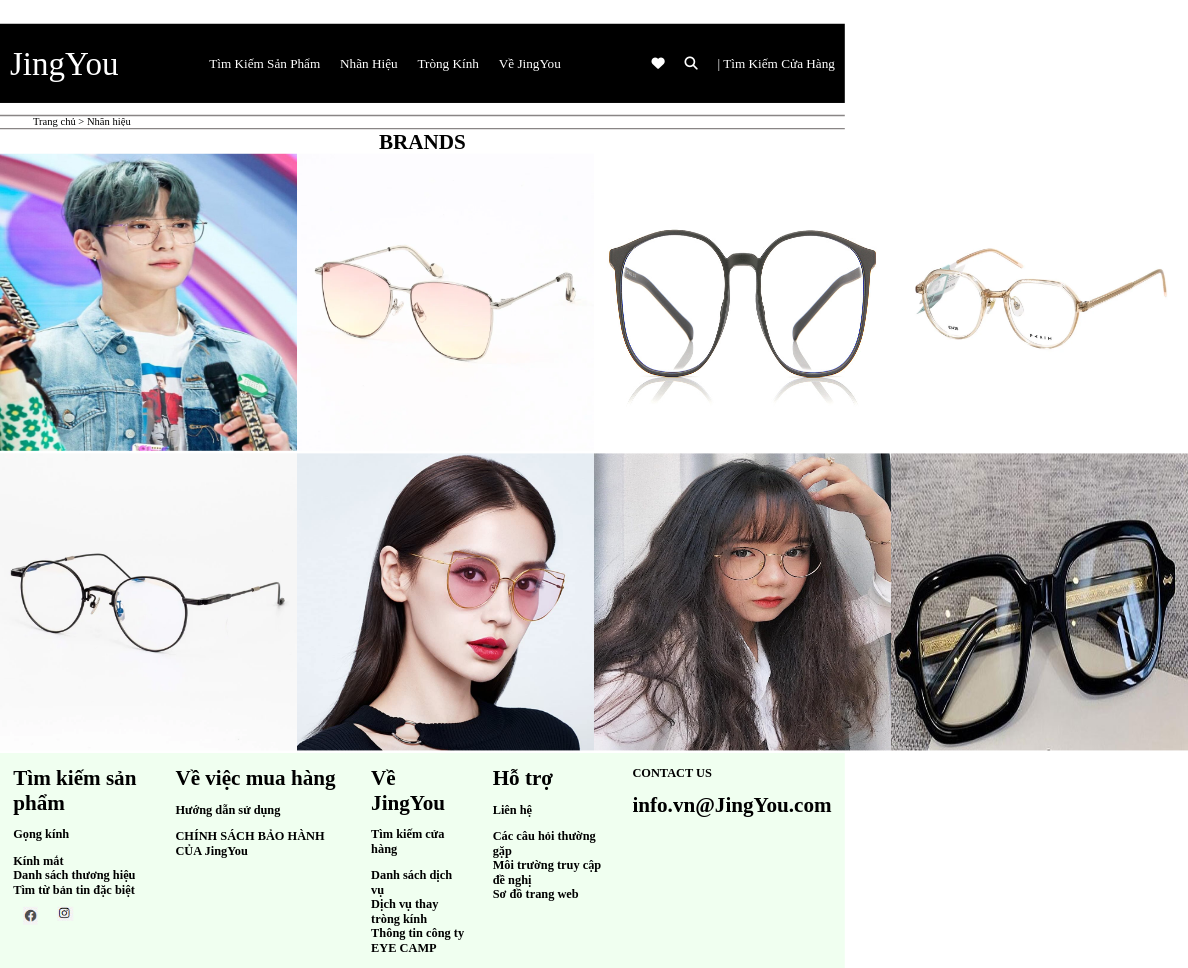
Repository: Cupid123588/Assignment
Page: bt2.html
These files come from the project's save history. The page is drawn as it stood at one moment and after the next save; the edit follows.
The browser window is 1280 px wide. The page is 1800 px wide, then 1280 px, then 1800 px, so the pictures cover 1800 px, including what lies to the right of the window. The pictures show the whole page, at 66% of full size.

Above is the page before, as saved 2022-10-18 16:23:23.

### bt2.html
<!DOCTYPE html>
<br lang="en">

<head>
    <meta charset="UTF-8">
    <meta http-equiv="X-UA-Compatible" content="IE=edge">
    <meta name="viewport" content="width=device-width, initial-scale=1.0">
    <title>Shop Bán Kính Tờ Rung</title>
    <title>Document</title>
    <link rel="stylesheet" href="./style.css">
    <link rel="stylesheet" href="./fontawesome-free-6.2.0-web/fontawesome-free-6.2.0-web/css/all.min.css">
</head>

<br>
<div>
    <nav class="menu">
        <div>

            <a class="a1" href="./bt.html">JingYou</a>
        </div>
        <div>

            <a href="#">Tìm Kiếm Sản Phẩm</a>
            <a href="#">Nhãn Hiệu</a>
            <a href="./bt3.html">Tròng Kính</a>
            <a href="./bt4.html">Về JingYou</a>

        </div>
        <div>

            <a class="c1" href="./bt5.html">|      Tìm Kiếm Cửa Hàng</a>
            <a href=""><i class="fa-solid fa-heart"></i></a>
            <a href=""><i class="fa-solid fa-magnifying-glass"></i></a>
        </div>
    </nav>
</div><br>
<div class="nguon">
    <div class="nguon_1">

    </div>
    <div class="nguon2">
        <p class="nguon3">Trang chủ > Nhãn hiệu</p>
    </div>
    <div class="nguon1">

    </div>
</div>
<div class="album">
    <div class="tieude">
        <h1 class="tieude1">BRANDS</h1>
    </div>


</div>
<div class="mtp_mtp">
    <div class="mtp">
        <div class="mt">
            <img class="mtp1" src="./EWViqEvWsAEmVYW.jpg" alt="" width="200" height="500">
        </div>
        <div class="mt">
            <img class="mtp1" src="./-gongkinh-gmsid-23900151_2edce8f3f349451496e03afc6b79ac8c_master.webp" alt="" width="150" height="500">
        </div>
        <div class="mt">
            <img class="mtp1" src="./724455ee-0a0b-4879-9e60-a1ffa4dc0d13.jpeg" alt="" width="200" height="500">
        </div>
        <div class="mt">
            <img class="mtp1" src="./83438_t1__51-18-149_tem1560_702233e94cc54b94b846a3a1c95b9a0a_master.webp" alt="" width="200" height="500">
        </div>

        <br>


    </div>
    <div class="mtp">
        <div class="mt">
            <img class="mtp1" src="./a99fe480ad4666183f571_c55824aaf202454c8dd8931994c012f5_master.webp" alt="" width="200" height="500">
        </div>
        <div class="mt">
            <img class="mtp1" src="./Angelababy-deo-mat-kinh-molsion-to-ban.jpg" alt="" width="200" height="500">
        </div>
        <div class="mt">
            <img class="mtp1" src="./bao-ve-da-khoi-mat-kinh-04a-1024x1279.jpg" alt="" width="200" height="500">
        </div>
        <div class="mt">
            <img class="mtp1" src="./Chiec-kinh.jpg" alt="" width="200" height="500">
        </div>




    </div>
</div>



<div class="backgroud_content ">
    <div class="backgroud_content_1 ">
        <h1>Tìm kiếm sản phẩm</h1><br>
        <h3>Gọng kính</h3><br>
        <h3>Kính mắt</h3>
        <h3>Danh sách thương hiệu</h3>
        <h3>Tìm từ bản tin đặc biệt</h3>
        <a href="https://www.facebook.com/huu.trung.123276 "><img src="./z3797930122773_8227b5cfc7e72e98d5d1cf2958138f39.jpg " alt=" "></a>
        <a href="https://www.instagram.com/explore/tags/jingyoung/ "><img src="./z3797931869022_5a6dee2bc1a5e750f119fa1ee3b5f6d0.jpg " alt=" "></a>
    </div>
    <div class="backgroud_content_1 ">
        <h1>Về việc mua hàng</h1><br>
        <h3>Hướng dẫn sử dụng</h3><br>
        <h3>CHÍNH SÁCH BẢO HÀNH CỦA JingYou</h3>
    </div>
    <div class="backgroud_content_1 ">
        <h1>Về JingYou</h1><br>
        <h3>Tìm kiếm cửa hàng</h3><br>
        <h3>Danh sách dịch vụ</h3>
        <h3>Dịch vụ thay tròng kính</h3>
        <h3>Thông tin công ty</h3>
        <h3>EYE CAMP</h3>
    </div>
    <div class="backgroud_content_1 ">
        <h1>Hỗ trợ</h1><br>
        <h3>Liên hệ</h3><br>
        <h3>Các câu hỏi thường gặp</h3>
        <h3>Môi trường truy cập đề nghị</h3>
        <h3>Sơ đồ trang web</h3>
    </div>
    <div class="backgroud_content_1 ">
        <h3>CONTACT US</h3><br>
        <h1>info.vn@JingYou.com
        </h1><br>
    </div>



</div>



</body>
<script>
</script>

### style.css
.a1 {
    font-size: 50px;
}

.menu_chinh {}

.menu {
    background-color: black;
    display: flex;
    align-items: center;
    justify-content: space-between;
    width: auto;
    height: 120px;
}

.menu a {
    color: white;
    font-weight: 500;
}

.c1 {
    float: right;
}

a {
    text-decoration: none;
    float: left;
    display: block;
    padding: 15px;
    text-align: center;
    font-size: 20px;
}

* {
    box-sizing: border-box;
    margin: 0;
    padding: 0;
}

.container p {
    text-align: center;
    float: left;
}

.container {
    padding: 10px 100px 0px 0px;
    border-top: 1px solid black;
    display: flex;
}

.b1 {
    margin-right: 60px;
    margin-left: 250px;
    font-size: 20px;
    margin-top: 40px;
}

hr {
    width: 1200px;
}

.container2 {
    width: 100%;
    margin: 0 auto 10px auto;
    padding-top: 40px;
}

.wrapper {
    display: flex;
    overflow: hidden;
}

.wrapper img {
    width: 100%;
}

.wrapper input {
    display: none;
}

img {
    width: 100%;
}

.lableslide {
    display: flex;
    justify-content: center;
}

.lableslide label {
    height: 20px;
    width: 20px;
    border-radius: 50%;
    border: 2px solid rgba(107, 104, 99, 0.171);
    margin: 2px;
}

.lableslide label:hover {
    background: black;
}

#img1:checked~.imgslider1 {
    margin-left: -100%;
}

#img2:checked~.imgslider2 {
    margin-left: -200%;
}

#img3:checked~.imgslider3 {
    margin-left: -300%;
}

#img4:checked~.imgslider4 {
    margin-left: -400%;
}

#img5:checked~.imgslider5 {
    margin-left: -500%;
}

#img6:checked~.imgslider6 {
    margin-left: -600%;
}

.anh {
    display: flex;
    justify-content: center;
}

.anh1 {
    width: 33.3333%;
    padding: 30px;
}

.backgroud_content {
    display: flex;
    background-color: honeydew;
}

.backgroud_check {
    background-color: yellow;
}

.backgroud_content_1 {
    padding: 10px;
    margin: 10px;
}

.nguon2 {
    border-top: 2px solid rgba(100, 95, 95, 0.76);
}

.nguon1 {
    size: 100%;
    border-bottom: 2px solid rgba(100, 95, 95, 0.76);
}

.nguon3 {
    margin-left: 50px;
}

.tieude1 {
    text-align: center;
}

.mtp>.mtp1 {
    padding: 10px;
    margin: 50px;
    border-radius: 10px;
    background-color: yellow;
    box-shadow: 5px;
    color: blue;
    box-sizing: border-box;
    flex: 20%;
}

.mtp1 {
    height: 450px;
    width: 450px;
}

.mtp {
    width: 100%;
    display: flex;
}

.mtp>.mtp1:hover {
    box-shadow: 20px;
    color: red;
    background-color: aqua;
}

.mtp_mtp {
    /* padding: 0 300px 0 300px; */
    width: 100%;
}

.text1 {
    color: black;
    position: absolute;
    top: 400px;
    padding: 20px;
}

.text3 {
    color: gray;
}

.dichvu {}

.dichvu1 {
    display: flex;
    text-align: center;
    margin-left: 20%;
}

.content3 {
    text-align: center;
}

.text5_1 {
    margin-left: 20%;
}

.video {
    display: flex;
}

.video1 {
    padding: 30px;
}

.bando {
    width: 50%;
    display: flex;
}

.bando1_1 {
    width: 1200px;
    height: 1000px;
    margin-left: 350px;
}

.bando1_2 {
    font-size: 32px;
    margin: 30px;
}

#browsers {}

.row {
    flex: 100%;
}

Loaded but not shown: fontawesome-free-6.2.0-web/fontawesome-free-6.2.0-web/css/all.min.css (library)

After the next save:
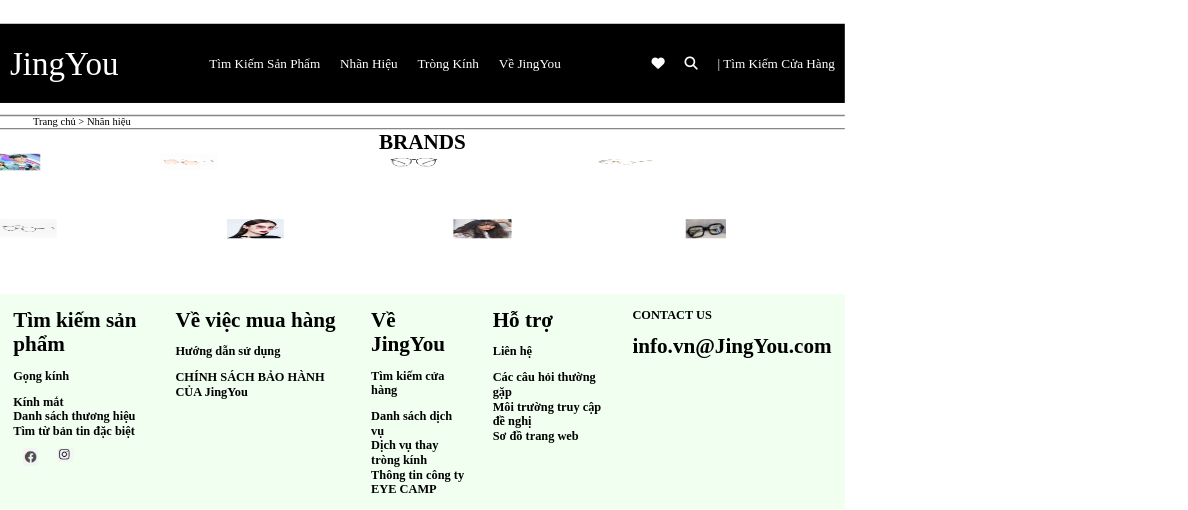
Saved 29 s later.
--- a/style.css
+++ b/style.css
@@ -176,8 +176,8 @@
 }
 
 .mtp1 {
-    height: 450px;
-    width: 450px;
+    height: 25%;
+    width: 25%;
 }
 
 .mtp {

After the save that followed:
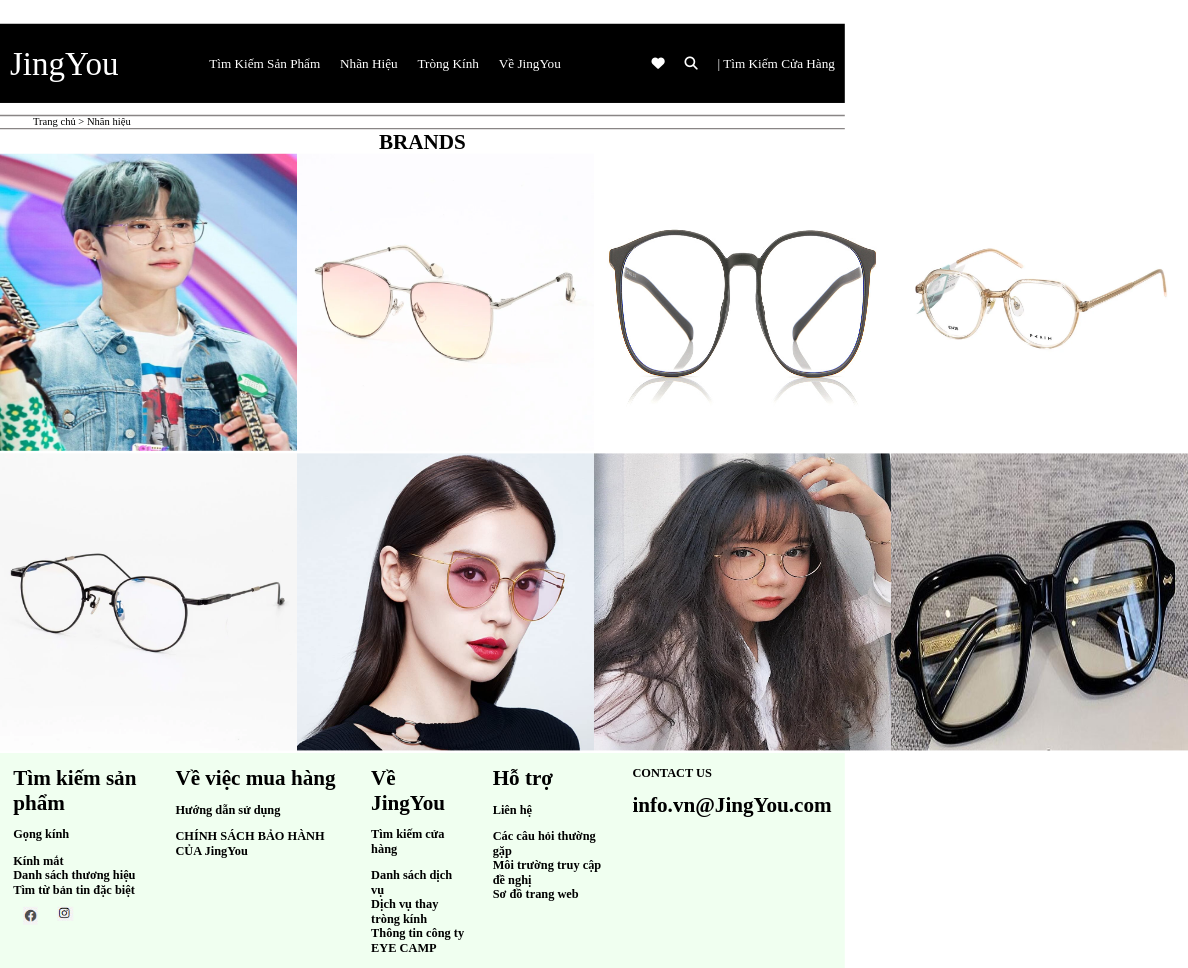
Saved 8 s later.
--- a/style.css
+++ b/style.css
@@ -176,8 +176,8 @@
 }
 
 .mtp1 {
-    height: 25%;
-    width: 25%;
+    height: 450px;
+    width: 450px;
 }
 
 .mtp {
